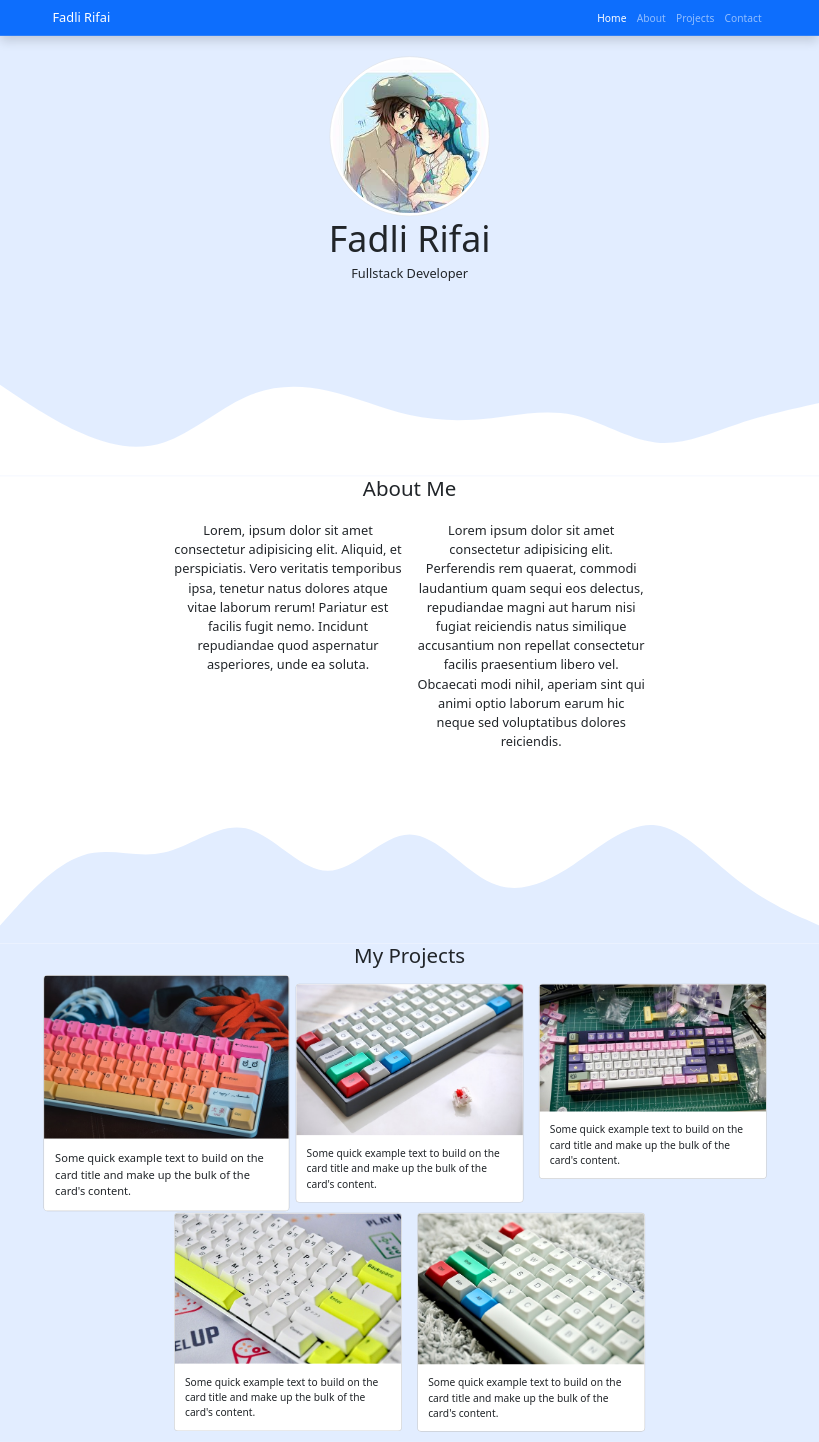
Repository: fadlyyy/fadli-dev.github.io
Page: index.html
The author's editor kept a copy of each file at every save. The page is drawn from the files as they stood at one save, then again after the next save.
The browser window is 1280 px wide. The pictures show the whole page, at 64% of full size.
The pointer rests on the first visible `#projects .child`.

Above is the page before, as saved 2024-01-19 13:34:49.

### index.html
<!DOCTYPE html>
<html lang="en">
  <head>
    <meta charset="utf-8" />
    <meta name="viewport" content="width=device-width, initial-scale=1" />
    <title>Bootstrap demo</title>
    <link href="https://cdn.jsdelivr.net/npm/bootstrap@5.2.3/dist/css/bootstrap.min.css" rel="stylesheet" integrity="sha384-rbsA2VBKQhggwzxH7pPCaAqO46MgnOM80zW1RWuH61DGLwZJEdK2Kadq2F9CUG65" crossorigin="anonymous" />
    <link rel="stylesheet" href="style.css" />
  </head>
  <body>
    <!-- Navbar -->
    <nav class="navbar navbar-expand-lg navbar-dark bg-primary shadow">
      <div class="container">
        <a class="navbar-brand" href="#">Fadli Rifai</a>
        <button class="navbar-toggler" type="button" data-bs-toggle="collapse" data-bs-target="#navbarNav" aria-controls="navbarNav" aria-expanded="false" aria-label="Toggle navigation">
          <span class="navbar-toggler-icon"></span>
        </button>
        <div class="collapse navbar-collapse" id="navbarNav">
          <ul class="navbar-nav ms-auto">
            <li class="nav-item">
              <a class="nav-link active" aria-current="page" href="#">Home</a>
            </li>
            <li class="nav-item">
              <a class="nav-link" href="#">About</a>
            </li>
            <li class="nav-item">
              <a class="nav-link" href="#">Projects</a>
            </li>
            <li class="nav-item">
              <a class="nav-link" href="#">Contact</a>
            </li>
          </ul>
        </div>
      </div>
    </nav>
    <!-- Navbar End -->

    <!-- Jumbotron -->
    <section class="jumbotron text-center">
      <img class="rounded-circle img-thumbnail" src="img/images.jpeg" alt="" width="250" />
      <h1 class="display-4">Fadli Rifai</h1>
      <p class="lead">Fullstack Developer</p>
      <svg xmlns="http://www.w3.org/2000/svg" viewBox="0 0 1440 320">
        <path
          fill="#ffffff"
          fill-opacity="1"
          d="M0,160L24,176C48,192,96,224,144,245.3C192,267,240,277,288,261.3C336,245,384,203,432,181.3C480,160,528,160,576,170.7C624,181,672,203,720,213.3C768,224,816,224,864,218.7C912,213,960,203,1008,213.3C1056,224,1104,256,1152,261.3C1200,267,1248,245,1296,229.3C1344,213,1392,203,1416,197.3L1440,192L1440,320L1416,320C1392,320,1344,320,1296,320C1248,320,1200,320,1152,320C1104,320,1056,320,1008,320C960,320,912,320,864,320C816,320,768,320,720,320C672,320,624,320,576,320C528,320,480,320,432,320C384,320,336,320,288,320C240,320,192,320,144,320C96,320,48,320,24,320L0,320Z"
        ></path>
      </svg>
    </section>
    <!-- Jumbotron End -->

    <!-- About -->
    <section id="about">
      <div class="container">
        <div class="row text-center mb-4">
          <div class="col">
            <h2>About Me</h2>
          </div>
        </div>
        <div class="row justify-content-center fs-5 text-center">
          <div class="col-md-4">
            <p class="">
              Lorem, ipsum dolor sit amet consectetur adipisicing elit. Aliquid, et perspiciatis. Vero veritatis temporibus ipsa, tenetur natus dolores atque vitae laborum rerum! Pariatur est facilis fugit nemo. Incidunt repudiandae quod
              aspernatur asperiores, unde ea soluta.
            </p>
          </div>
          <div class="col-md-4">
            <p>
              Lorem ipsum dolor sit amet consectetur adipisicing elit. Perferendis rem quaerat, commodi laudantium quam sequi eos delectus, repudiandae magni aut harum nisi fugiat reiciendis natus similique accusantium non repellat
              consectetur facilis praesentium libero vel. Obcaecati modi nihil, aperiam sint qui animi optio laborum earum hic neque sed voluptatibus dolores reiciendis.
            </p>
          </div>
        </div>
      </div>
      <svg xmlns="http://www.w3.org/2000/svg" viewBox="0 0 1440 320">
        <path
          fill="#e2edff"
          fill-opacity="1"
          d="M0,288L24,261.3C48,235,96,181,144,165.3C192,149,240,171,288,160C336,149,384,107,432,117.3C480,128,528,192,576,192C624,192,672,128,720,128C768,128,816,192,864,213.3C912,235,960,213,1008,181.3C1056,149,1104,107,1152,112C1200,117,1248,171,1296,208C1344,245,1392,267,1416,277.3L1440,288L1440,320L1416,320C1392,320,1344,320,1296,320C1248,320,1200,320,1152,320C1104,320,1056,320,1008,320C960,320,912,320,864,320C816,320,768,320,720,320C672,320,624,320,576,320C528,320,480,320,432,320C384,320,336,320,288,320C240,320,192,320,144,320C96,320,48,320,24,320L0,320Z"
        ></path>
      </svg>
    </section>
    <!-- About End -->

    <!-- Section Projects -->
    <section id="projects">
      <div class="container">
        <div class="row mb-3">
          <div class="col text-center">
            <h2>My Projects</h2>
          </div>
        </div>
        <div class="row justify-content-center">
          <div class="col-md-4 mb-3 child">
            <div class="card">
              <img src="img/projects/Projects1.jpg" class="card-img-top" alt="..." />
              <div class="card-body">
                <p class="card-text">Some quick example text to build on the card title and make up the bulk of the card's content.</p>
              </div>
            </div>
          </div>
          <div class="col-md-4 mb-3 child">
            <div class="card">
              <img src="img/projects/Projects2.jpg" class="card-img-top" alt="..." />
              <div class="card-body">
                <p class="card-text">Some quick example text to build on the card title and make up the bulk of the card's content.</p>
              </div>
            </div>
          </div>
          <div class="col-md-4 mb-3 child">
            <div class="card">
              <img src="img/projects/Projects3.jpg" class="card-img-top" alt="..." />
              <div class="card-body">
                <p class="card-text">Some quick example text to build on the card title and make up the bulk of the card's content.</p>
              </div>
            </div>
          </div>
          <div class="col-md-4 mb-3 child">
            <div class="card">
              <img src="img/projects/Projects4.jpg" class="card-img-top" alt="..." />
              <div class="card-body">
                <p class="card-text">Some quick example text to build on the card title and make up the bulk of the card's content.</p>
              </div>
            </div>
          </div>
          <div class="col-md-4 mb-3 child">
            <div class="card">
              <img src="img/projects/Projects5.jpg" class="card-img-top" alt="..." />
              <div class="card-body">
                <p class="card-text">Some quick example text to build on the card title and make up the bulk of the card's content.</p>
              </div>
            </div>
          </div>
        </div>
      </div>
    </section>
    <!-- End Section Projects -->

    <script src="https://cdn.jsdelivr.net/npm/bootstrap@5.2.3/dist/js/bootstrap.bundle.min.js" integrity="sha384-kenU1KFdBIe4zVF0s0G1M5b4hcpxyD9F7jL+jjXkk+Q2h455rYXK/7HAuoJl+0I4" crossorigin="anonymous"></script>
  </body>
</html>

### style.css
body {
  min-height: 2000px;
}

.jumbotron {
  padding-top: 2rem;
  background-color: #e2edff;
}

#projects {
  background-color: #e2edff;
}

#projects .child:hover {
  scale: 1.08;
}

After the next save:
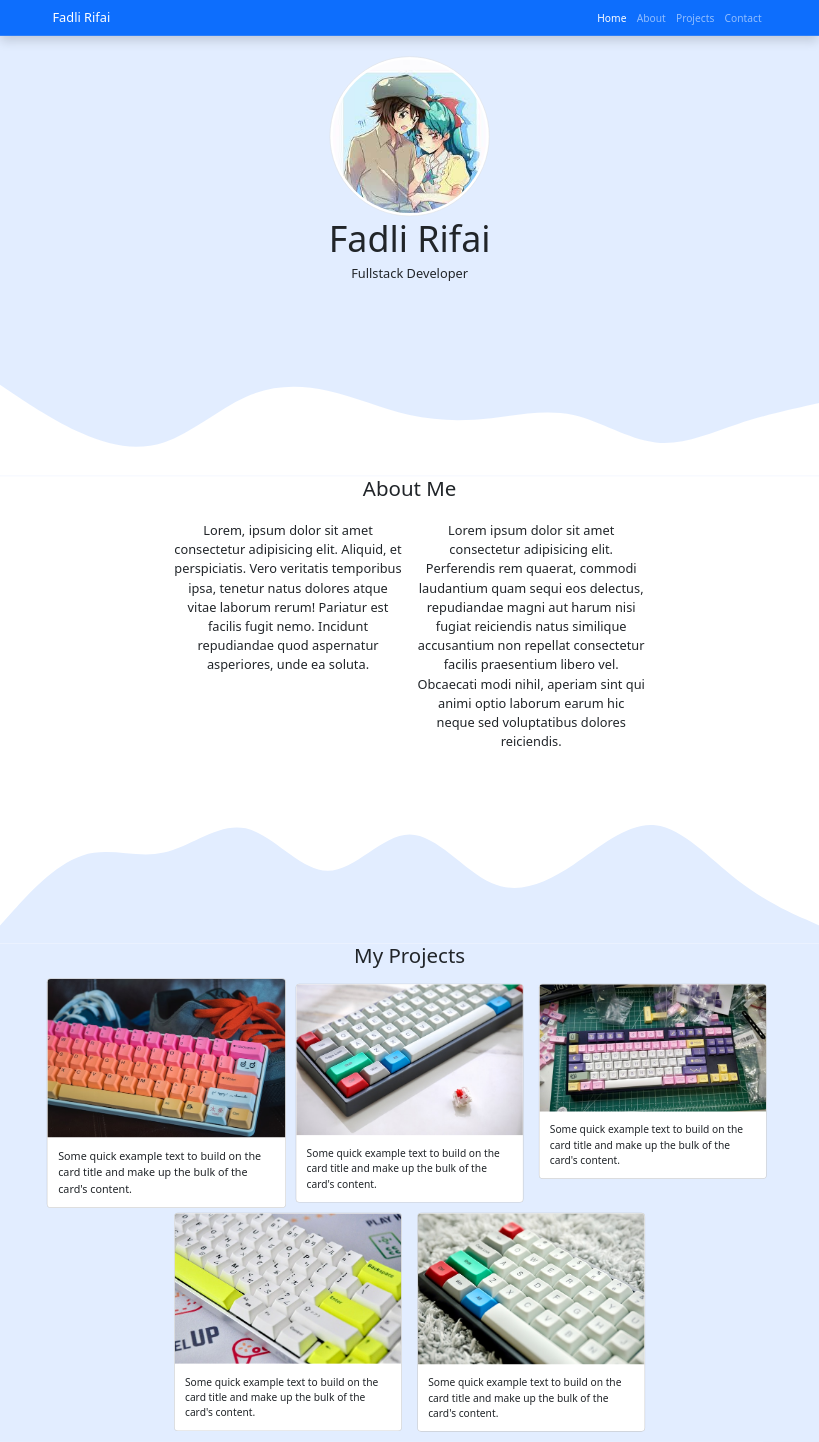
Saved 6 s later.
--- a/style.css
+++ b/style.css
@@ -12,5 +12,5 @@ body {
 }
 
 #projects .child:hover {
-  scale: 1.08;
+  scale: 1.05;
 }
